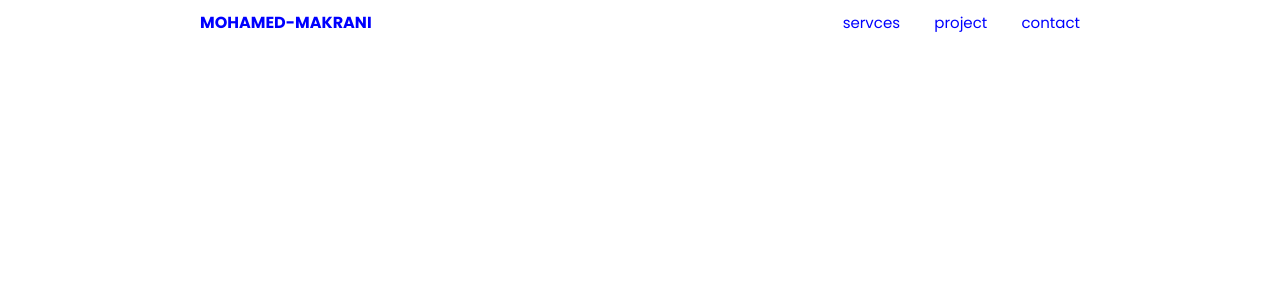
Repository: mohamed-makrani/Portfolio
Page: indixe.html
These files come from the project's save history. The page is drawn as it stood at one moment and after the next save; the edit follows.
The browser window is 1280 px wide. The pictures show the whole page.

Above is the page before, as saved 2023-09-16 12:27:46.

After the next save:
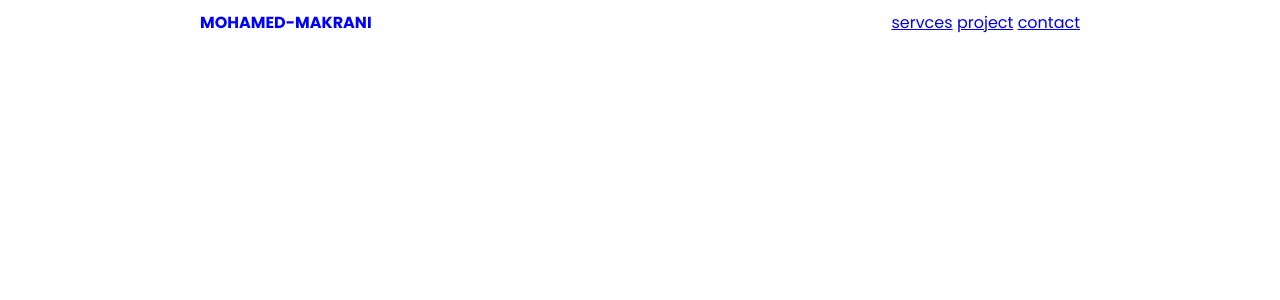
Saved 28 s later.
--- a/style.css
+++ b/style.css
@@ -29,15 +29,3 @@
     text-transform: uppercase;
     font-weight: 700;
  }
- .navigation a{
-    color: blue;
-    font-size: 15px;
-    font-weight: 500px;
-    text-decoration: none;
-    padding-left:  30px;
-
- }
-.navigation a:hover {
-
-color: blueviolet;
-}

After the save that followed:
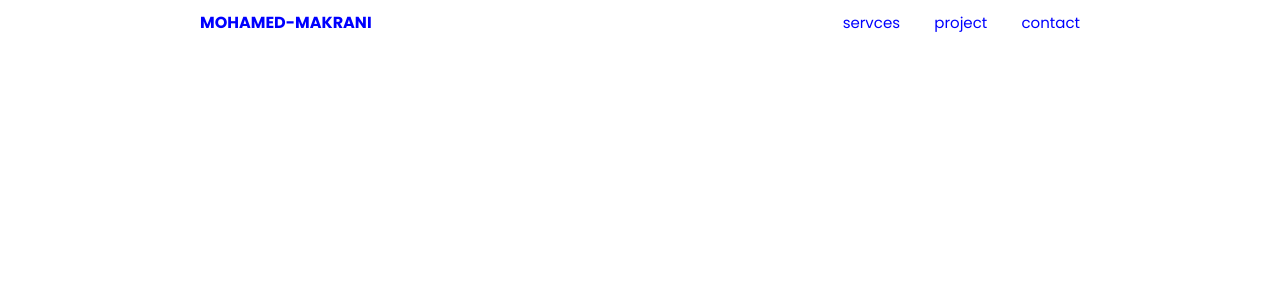
Saved 31 s later.
--- a/style.css
+++ b/style.css
@@ -29,3 +29,15 @@
     text-transform: uppercase;
     font-weight: 700;
  }
+ .navigation a{
+    color: blue;
+    font-size: 15px;
+    font-weight: 500px;
+    text-decoration: none;
+    padding-left:  30px;
+
+ }
+.navigation a:hover {
+
+color: blueviolet;
+}
